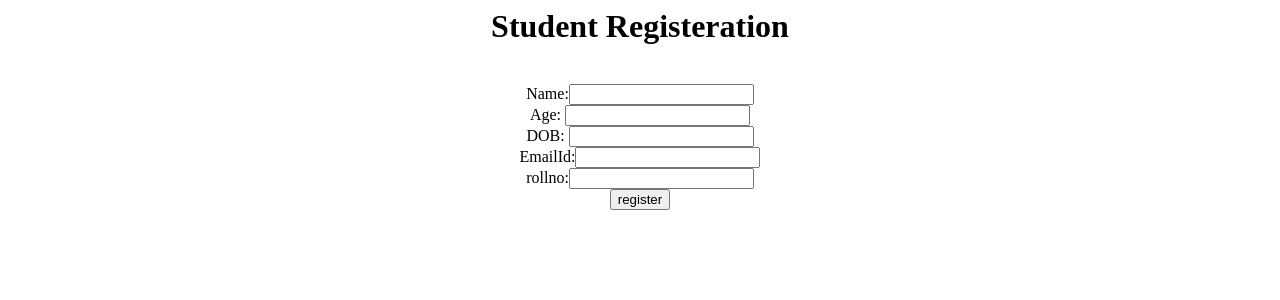
Repository: Mohan15/studentsession
Page: Student/war/register.html
These files come from the project's save history. The page is drawn as it stood at one moment and after the next save; the edit follows.
The browser window is 1280 px wide. The pictures show the whole page.

Above is the page before, as saved 2017-05-24 06:23:42.

After the next save:
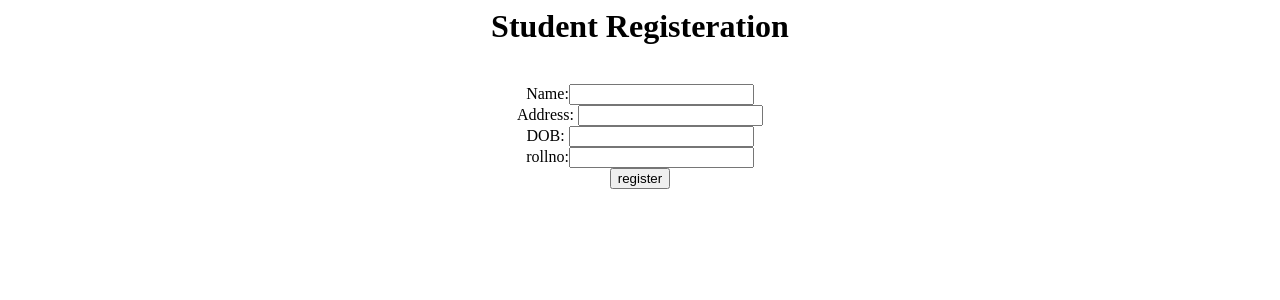
Saved 13 min 58 s later.
--- a/Student/war/register.html
+++ b/Student/war/register.html
@@ -11,11 +11,9 @@
   <body><center><form action="">
   			<h1>Student Registeration</h1><br>
     Name:<input type="text" name="name"><br>
-   Age: <input type="text" name="age"><br>
+   Address: <input type="text" name="adr"><br>
    DOB: <input type="text" name="dob"><br>
-   EmailId:<input type="text" name="email"><br>
    rollno:<input type="text" name="rollno"><br>
-
    <input type="submit" value="register"/>
   </form> </center>
   </body>
